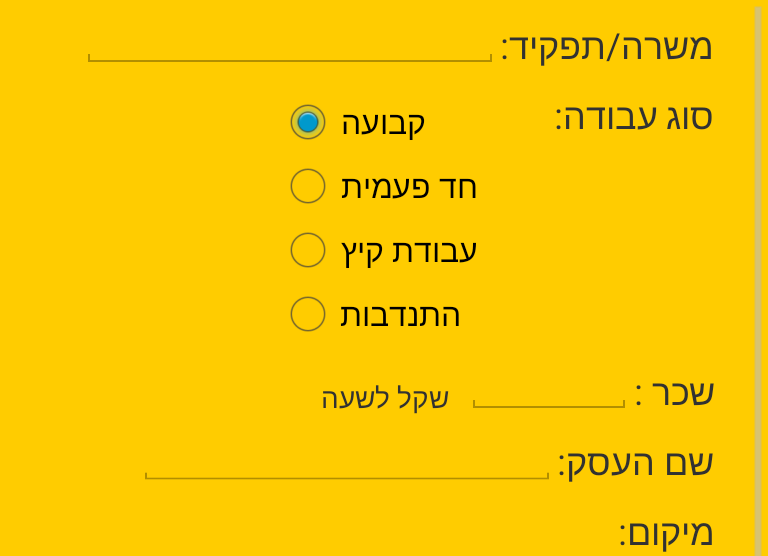
Repository: rodi055/jobli
Layout: Jobli/res/layout/fragment_create_job.xml
An editor plug-in stored every save of this project. The layout is shown before and after the next save, followed by the edit.
The pictures show rows 0 to 556 of an output 1280 px tall.
Pictures or frames that could not be fetched are drawn as grey boxes. It is drawn on a 768 x 1280 px phone screen (xhdpi) without system bars, with theme AppTheme; the app's code is not run. The app's manifest (not shown) leaves right-to-left support off. So textAlignment, textDirection and layoutDirection are ignored, and left and right values win over start and end ones.

Above is the layout before, as saved 2015-01-03 21:33:47.

After the next save:
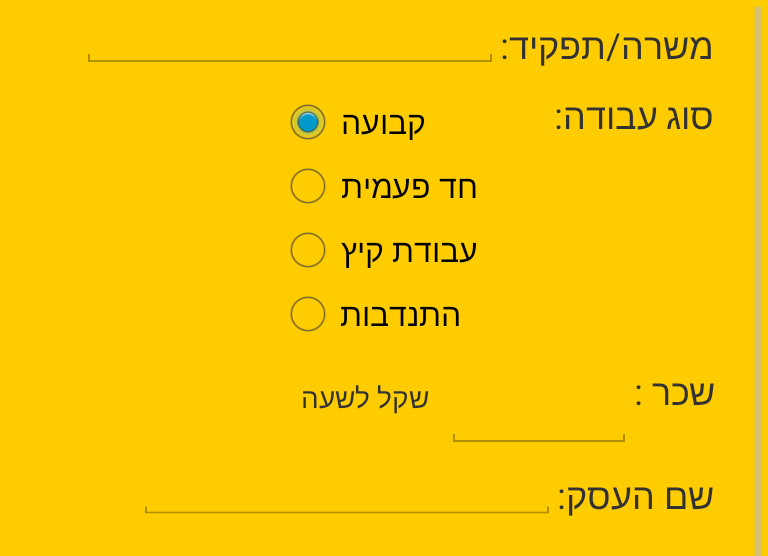
Saved 45 s later.
--- a/Jobli/res/layout/fragment_create_job.xml
+++ b/Jobli/res/layout/fragment_create_job.xml
@@ -122,10 +122,10 @@
                     android:id="@+id/editText8"
                     android:layout_width="wrap_content"
                     android:layout_height="wrap_content"
-                    android:layout_alignBottom="@+id/textView8"
+                    android:layout_alignTop="@+id/textView8"
                     android:layout_toLeftOf="@+id/textView8"
                     android:ems="4"
-                    android:textSize="18sp"
+                    android:textSize="20sp"
                     android:inputType="numberDecimal"
                     android:maxLines="1"
                     android:singleLine="true" />
